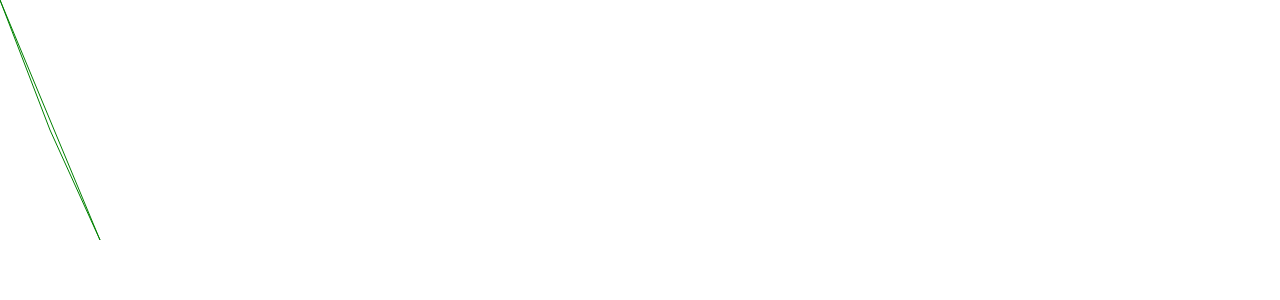
Repository: Lixianlai-2/Canvas-demo
Page: index.html
These files come from the project's save history. The page is drawn as it stood at one moment and after the next save; the edit follows.
The browser window is 1280 px wide. The pictures show the whole page.

Above is the page before, as saved 2021-12-19 19:27:21.

### index.html
<!DOCTYPE html>
<html lang="en">
  <head>
    <meta charset="UTF-8" />
    <meta http-equiv="X-UA-Compatible" content="IE=edge" />
    <meta name="viewport" content="width=device-width, initial-scale=1.0" />
    <link rel="stylesheet" href="/style.css" />
    <script defer src="/main.js"></script>
    <title>Document</title>
  </head>
  <body>
    <canvas id="canvass" height="100" width="100"></canvas>
  </body>
</html>

### style.css
* {
  margin: 0;
  padding: 0;
  box-sizing: border-box;
}

#canvass {
  display: block;
}

### main.js
const canvas = document.querySelector("#canvass");
console.log(canvas);
canvas.height = document.documentElement.clientHeight;
canvas.width = document.documentElement.clientWidth;
console.log(screen);

let ctx = canvas.getContext("2d");

// 让填充色和边框色都变成同一个
ctx.strokeStyle = "green";
ctx.fillStyle = "green";

ctx.beginPath();
// 起点位置
ctx.moveTo(0, 0);

// 终点位置
ctx.lineTo(50, 130);

// 第三个点的位置
ctx.lineTo(100, 240);

//将最后一个点和第一个点连接起来
ctx.closePath();
ctx.stroke();

// --------------------------------------------
// 手机端

// 检测是否为手机端的函数，要判断的话需要执行它
function is_touch_enabled() {
  return (
    "ontouchstart" in window ||
    navigator.maxTouchPoints > 0 ||
    navigator.msMaxTouchPoints > 0
  );
}

// 注意这里要用is_touch_enabled()，要执行这个函数
if (is_touch_enabled() === true) {
  canvas.ontouchmove = (e) => {
    console.log(e);
    ctx.fill();
    ctx.beginPath();
    ctx.arc(
      e.touches[0].clientX,
      e.touches[0].clientY,
      5,
      0,
      Math.PI * 2,
      true
    ); // 绘制
    ctx.stroke();
  };
}

// ----------------------------------------------------
// 非手机端

let painting = false;
// 设置判断条件，当鼠标按下时
canvas.onmousedown = () => {
  painting = true;
};

// 当鼠标松开时
canvas.onmouseup = () => {
  painting = false;
};

canvas.onmousemove = (e) => {
  // 注意不是=，这是赋值
  if (painting === true) {
    // 画颜色
    ctx.fill();
    ctx.beginPath();
    ctx.arc(e.clientX, e.clientY, 5, 0, Math.PI * 2, true); // 绘制
    ctx.stroke();
  }
};

After the next save:
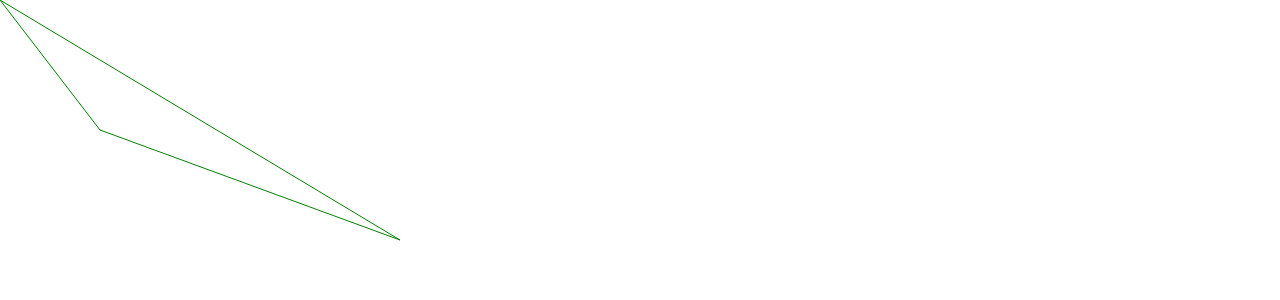
Saved 38 s later.
--- a/main.js
+++ b/main.js
@@ -15,10 +15,10 @@ ctx.beginPath();
 ctx.moveTo(0, 0);
 
 // 终点位置
-ctx.lineTo(50, 130);
+ctx.lineTo(100, 130);
 
 // 第三个点的位置
-ctx.lineTo(100, 240);
+ctx.lineTo(400, 240);
 
 //将最后一个点和第一个点连接起来
 ctx.closePath();
